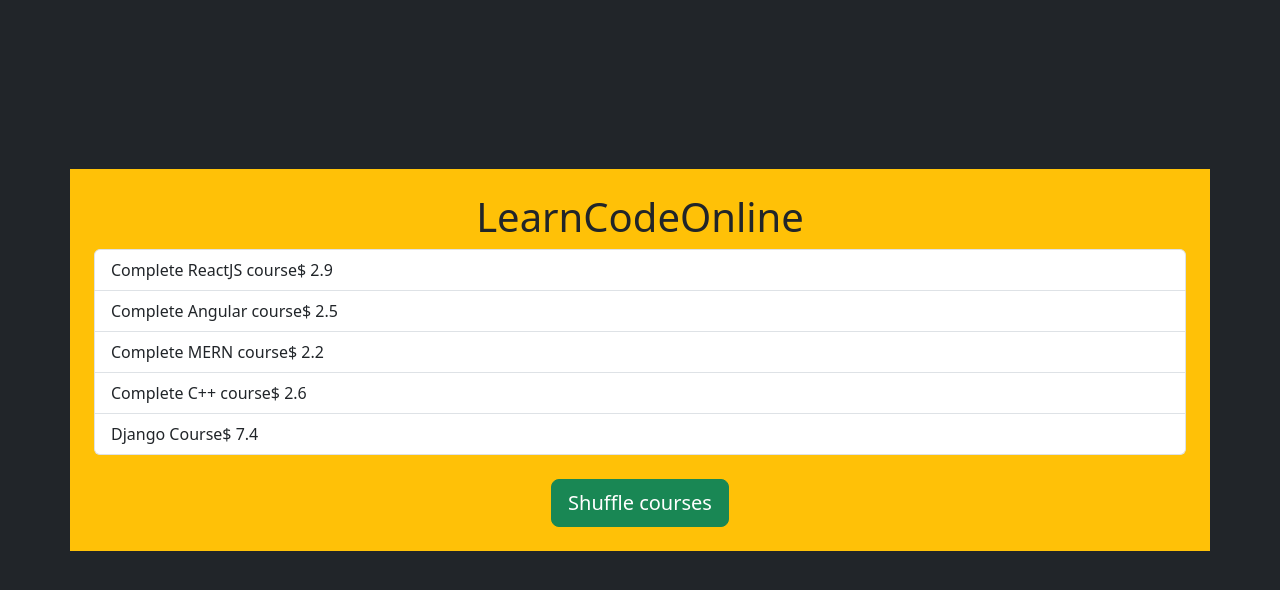
Repository: Bhoomika140420/Course_Sorting_list
Page: index.html
The author's editor kept a copy of each file at every save. The page is drawn from the files as they stood at one save, then again after a run of saves.
The browser window is 1280 px wide. The pictures show the whole page.
After loading, the first visible `#btn` was clicked once.

Above is the page before, as saved 2023-08-29 19:21:29.

After the next 4 saves:
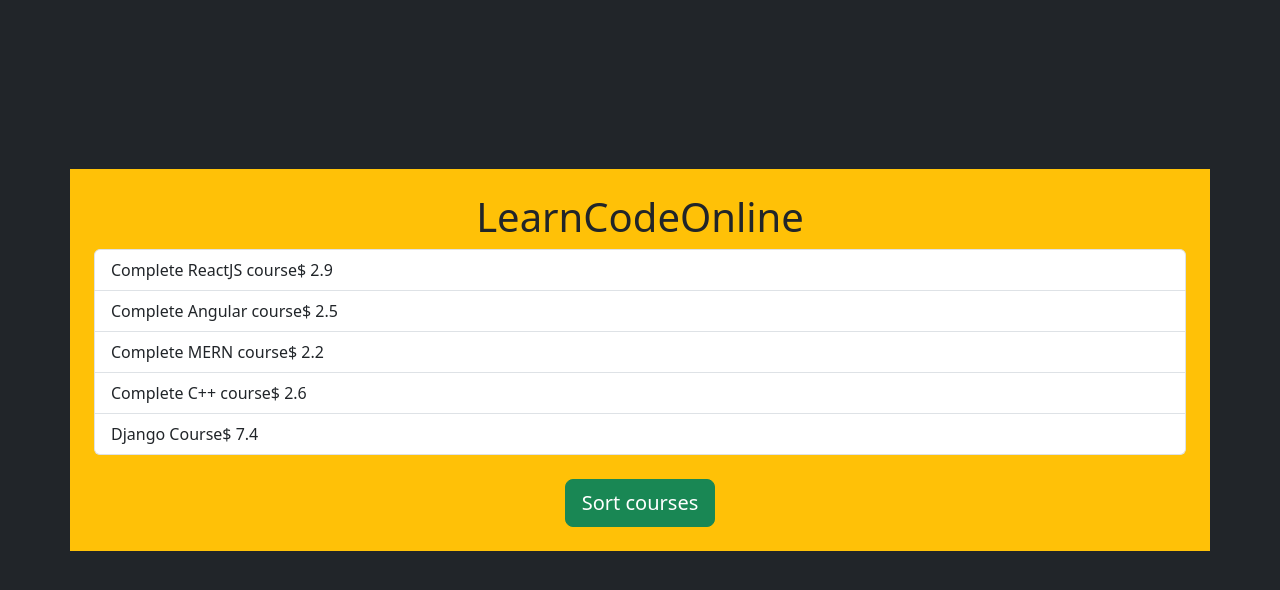
The 4 saves are shown as one change because they came seconds apart.
The last was saved 11 s later.
--- a/script.js
+++ b/script.js
@@ -58,8 +58,9 @@
 
   const button = document.querySelector(".sort-btn");
   button.addEventListener( "click" , () => {
-    if (button.innerHTML== "Sort courses")
+    if (button.innerHTML== "Sort courses")  {
     courses.sort((a, b) => a.price - b.price);
     generateLIST();
     button.innerHTML= "Shuffle courses";
+    }
   });
